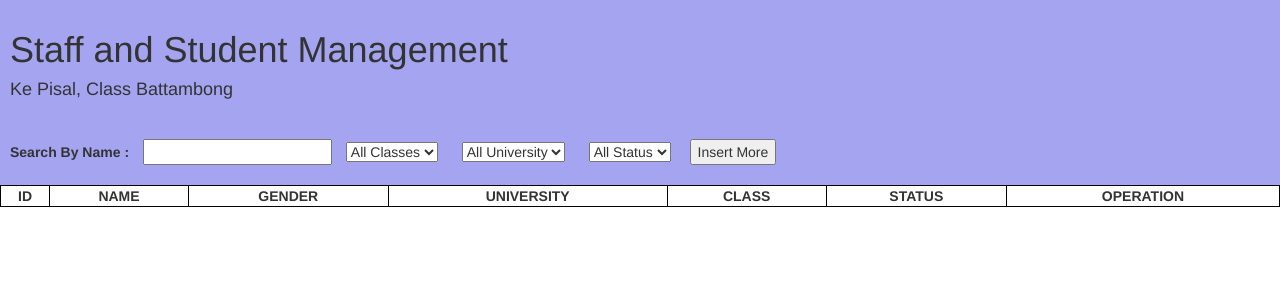
Repository: kepisal/ServletJAVA
Page: http://localhost/AjaxStaffandStudent/
An editor plug-in stored every save of this project. The page is shown before and after the next save, followed by the edit.
The browser window is 1280 px wide. The pictures show the whole page.
The page is served by Tomcat 9. Queries for data that is not in the repository find no rows.

Above is the page before, as saved 2015-07-10 13:40:21.

After the next save:
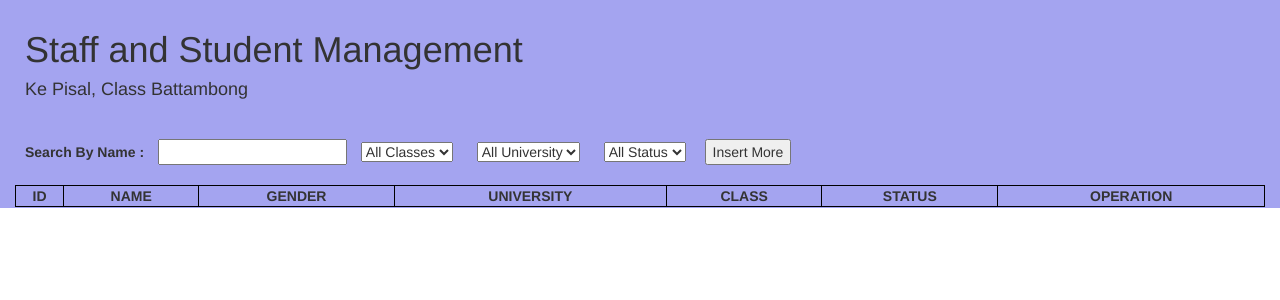
Saved 24 s later.
--- a/AjaxStaffandStudent/WebContent/index.jsp
+++ b/AjaxStaffandStudent/WebContent/index.jsp
@@ -33,10 +33,7 @@ table, th, td {
 	border-collapse: collapse;
 	text-align: center;
 }
-sheader{
-	text-align: center;
-}
-img {
+simg {
 	width: 20px;
 }
 #classlist, #universitylist, #txtinput, #statuslist {
@@ -51,7 +48,7 @@ form{float:left;}
 </style>
 </head>
 <body>
-	<div class="maincontent sscol-sm-12">
+	<div class="maincontent col-sm-12">
 		<div id="sheader">
 			<div id="title">
 				<h1>Staff and Student Management</h1>
